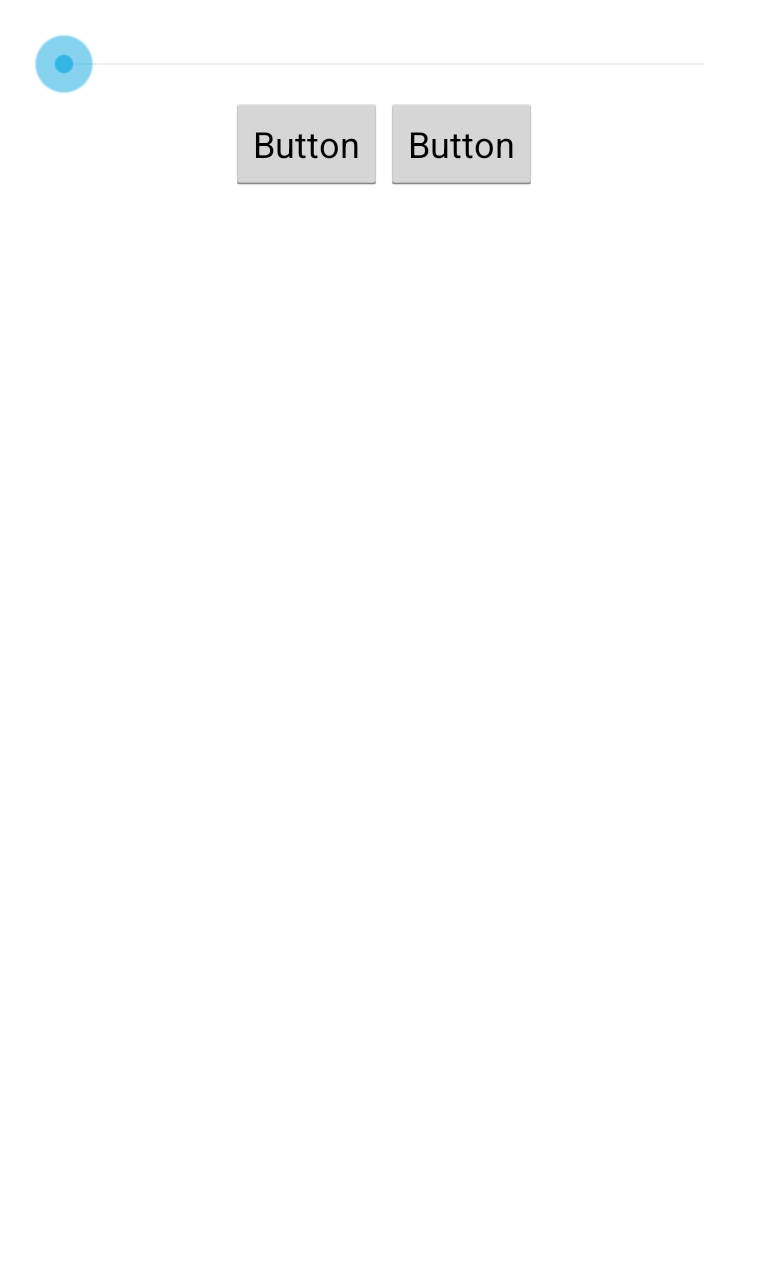
Repository: renatovieira/tcc2013
Layout: TCC/res/layout/activity_filtered_image.xml
An editor plug-in stored every save of this project. The layout is shown before and after the next save, followed by the edit.
It is drawn on a 768 x 1280 px phone screen (xhdpi) without system bars, with theme AppTheme; the app's code is not run.

Above is the layout before, as saved 2013-07-21 23:55:45.

### TCC/res/layout/activity_filtered_image.xml
<RelativeLayout xmlns:android="http://schemas.android.com/apk/res/android"
    xmlns:tools="http://schemas.android.com/tools"
    android:layout_width="match_parent"
    android:layout_height="match_parent"
    android:paddingBottom="@dimen/activity_vertical_margin"
    android:paddingLeft="@dimen/activity_horizontal_margin"
    android:paddingRight="@dimen/activity_horizontal_margin"
    android:paddingTop="@dimen/activity_vertical_margin" >

    <SeekBar
        android:id="@+id/seekBar1"
        android:layout_width="match_parent"
        android:layout_height="wrap_content"
        android:layout_alignParentLeft="true" />

    <ImageView
        android:id="@+id/imageView1"
        android:layout_width="wrap_content"
        android:layout_height="wrap_content"
        android:layout_above="@+id/seekBar1"
        android:layout_centerHorizontal="true"
        android:layout_marginBottom="100dp"
        android:src="@drawable/ic_launcher" />

    <LinearLayout
        android:layout_width="wrap_content"
        android:layout_height="wrap_content"
        android:layout_below="@+id/seekBar1"
        android:layout_centerHorizontal="true" >

        <Button
            android:id="@+id/button1"
            android:layout_width="wrap_content"
            android:layout_height="wrap_content"
            android:text="Button" />

        <Button
            android:id="@+id/button2"
            android:layout_width="wrap_content"
            android:layout_height="wrap_content"
            android:text="Button" />

    </LinearLayout>

</RelativeLayout>

Loaded but not shown: TCC/res/values/styles.xml (common file); TCC/res/values-v11/styles.xml (common file); TCC/res/values-v14/styles.xml (common file); TCC/res/values/dimens.xml (common file)

After the next save:
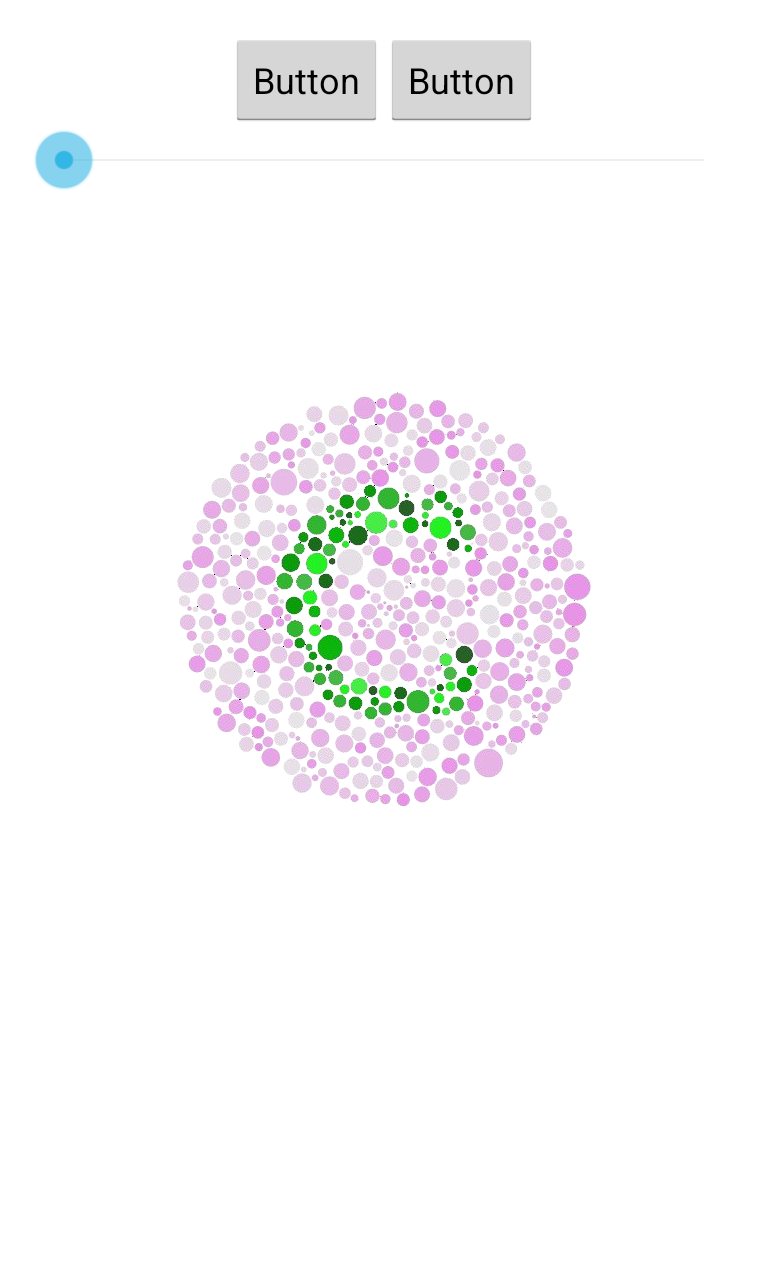
Saved 2 min 24 s later.
--- a/TCC/res/layout/activity_filtered_image.xml
+++ b/TCC/res/layout/activity_filtered_image.xml
@@ -7,25 +7,10 @@
     android:paddingRight="@dimen/activity_horizontal_margin"
     android:paddingTop="@dimen/activity_vertical_margin" >
 
-    <SeekBar
-        android:id="@+id/seekBar1"
-        android:layout_width="match_parent"
-        android:layout_height="wrap_content"
-        android:layout_alignParentLeft="true" />
-
-    <ImageView
-        android:id="@+id/imageView1"
+    <LinearLayout
+        android:id="@+id/linearLayout1"
         android:layout_width="wrap_content"
         android:layout_height="wrap_content"
-        android:layout_above="@+id/seekBar1"
-        android:layout_centerHorizontal="true"
-        android:layout_marginBottom="100dp"
-        android:src="@drawable/ic_launcher" />
-
-    <LinearLayout
-        android:layout_width="wrap_content"
-        android:layout_height="wrap_content"
-        android:layout_below="@+id/seekBar1"
         android:layout_centerHorizontal="true" >
 
         <Button
@@ -39,7 +24,22 @@
             android:layout_width="wrap_content"
             android:layout_height="wrap_content"
             android:text="Button" />
-
     </LinearLayout>
 
+    <SeekBar
+        android:id="@+id/seekBar1"
+        android:layout_width="match_parent"
+        android:layout_height="wrap_content"
+        android:layout_alignParentLeft="true"
+        android:layout_below="@+id/linearLayout1" />
+
+    <ImageView
+        android:id="@+id/imageView1"
+        android:layout_width="wrap_content"
+        android:layout_height="wrap_content"
+        android:layout_below="@+id/seekBar1"
+        android:layout_centerHorizontal="true"
+        android:layout_marginTop="94dp"
+        android:src="@drawable/ic_launcher" />
+
 </RelativeLayout>
